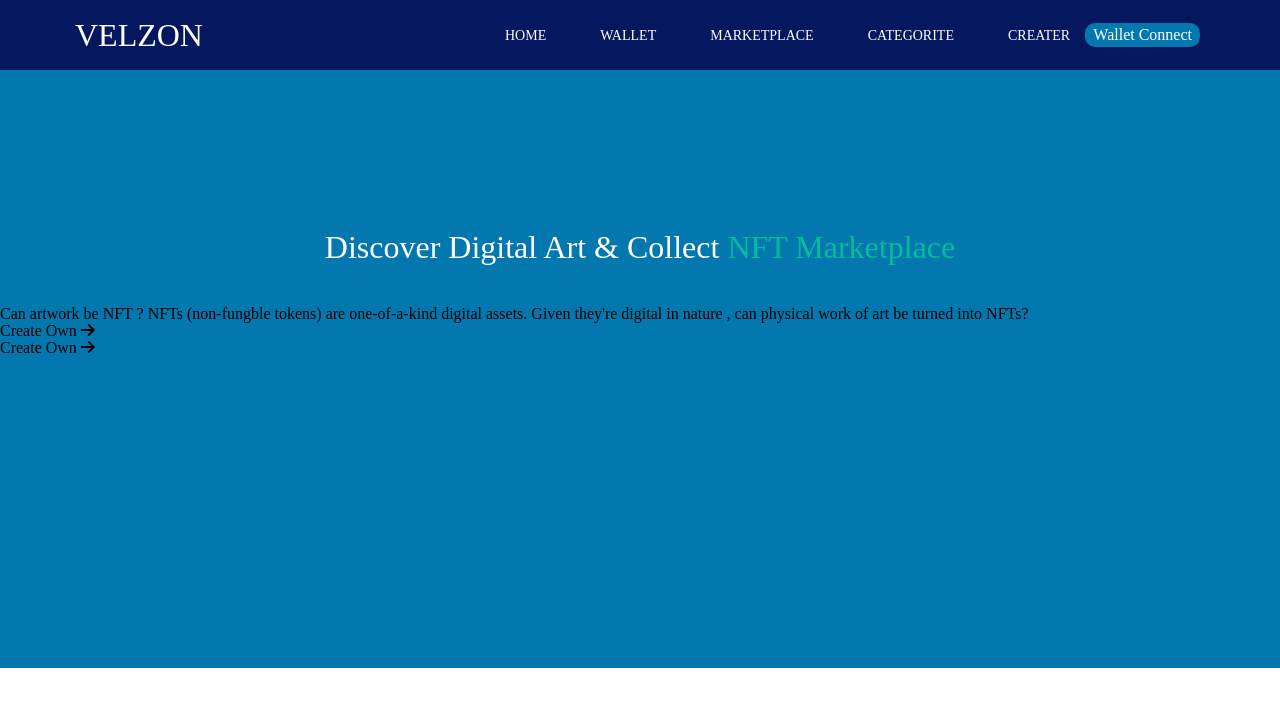
Repository: HuynhDuc23/Webvideodesgin
Page: index.html
The author's editor kept a copy of each file at every save. The page is drawn from the files as they stood at one save, then again after the next save.
The browser window is 1280 px wide. The pictures show the whole page.
The style sheet was rebuilt from its Sass, Less or Tailwind sources for each picture, by a compiler version that may differ from the author's.

Above is the page before, as saved 2023-04-25 12:07:02.

### index.html
<!DOCTYPE html>
<html lang="en">
<head>
    <meta charset="UTF-8">
    <meta http-equiv="X-UA-Compatible" content="IE=edge">
    <meta name="viewport" content="width=device-width, initial-scale=1.0">
    <link rel="stylesheet" href="https://cdnjs.cloudflare.com/ajax/libs/font-awesome/6.4.0/css/all.min.css" integrity="sha512-iecdLmaskl7CVkqkXNQ/ZH/XLlvWZOJyj7Yy7tcenmpD1ypASozpmT/E0iPtmFIB46ZmdtAc9eNBvH0H/ZpiBw==" crossorigin="anonymous" referrerpolicy="no-referrer" />
    <link rel="stylesheet" href="./reset.css">
    <link rel="stylesheet" href="style.css">
    <title>LoadingPage</title>
</head>
<body>
    <div class="loadingpage">
     <div class="loadingpage__heading">
        <div class="loadingpage__header">
            <div class="loadingpage__left"><h4 class="loadingpage__content">VELZON</h4></div>
            <div class="loaddingpage__right">
                <ul class="loadingpage__list">
                    <li class="loadingpage__items"><h5 class="loadingpage__padding">Home</h5></li>
                    <li class="loadingpage__items"><h5 class="loadingpage__padding">Wallet</h5></li>
                    <li class="loadingpage__items"><h5 class="loadingpage__padding">MarketPlace</h5></li>
                    <li class="loadingpage__items"><h5 class="loadingpage__padding">categorite</h5></li>
                    <li class="loadingpage__items"><h5 class="loadingpage__padding">Creater</h5></li>
                </ul>
            </div>
        </div>
        <div class="loadingpage__mid">
            <div class="loadingpage__mid__content1">
                <h1 class="loadingpage__mid__content">Discover Digital Art
                     & Collect <span>NFT Marketplace</span></h1>
            </div>
            <div class="loadingpage__mid__content2">
                <p class="loadding__mid__content2__para">
                    Can artwork be NFT ? NFTs (non-fungble tokens) are one-of-a-kind digital assets. Given they're  digital in nature , can physical work of art be turned into NFTs?
                </p>
                <div class="button__mid">
                    <div class="button">
                        <div class="button__1">Create Own
                         <i class="fa-solid fa-arrow-right"></i>
                        </div>
                     </div>
                     <div class="button">
                         <div class="button__1">Create Own
                          <i class="fa-solid fa-arrow-right"></i>
                         </div>
                      </div>
                </div>
            </div>
        </div>
     </div>
    </div>
</body>
</html>

### style.scss
html {
    box-sizing: border-box;
}
*{
    font-size: 16.5rem;
    font-family: 'Segoe UI', Tahoma, Geneva, Verdana, sans-serif;
}
.loadingpage {
    &__heading {
        width: 100%;
        height: 668px;
      //  background-color: #0278ae;
        background-color:rgb(2,120,174);
    }
    &__header {
        width: 100%;
        height: 70px;
        background-color: #05175f;
        display: flex ;
        justify-content: flex-start;
        align-items: center;
        position: relative;
    }
    &__left {
        padding:  27px 75px;
        cursor: pointer;
    }
    &__content {
        color: white;
        font-weight: 500;
        font-size: 14px;
        line-height: 21px;
        text-transform: uppercase;
        font-size: xx-large;
    }
    &__right {
        margin-left: 200px;
    }
    &__list {
        display: flex;
        align-items: center;
        padding-left: 200px;

        &:before {
            content: "Wallet Connect";
            padding: 4px 8px ;
            top: 50%;
            right: 80px;
            position: absolute;
            color: white;
            transform: translateY(-50%);
            background-color: rgb(2,120,174);
            cursor: pointer;
            border-radius: 10px ;
        }

    }
    &__items {
        padding: 27px;
        &:hover {
            color: #00bd9d;
            cursor: pointer;
        }
    }
    &__padding {
       color: white;
       font-weight: 500;
       font-size: 14px;
       line-height: 21px;
       text-transform: uppercase;
       &:hover {
        color: #00bd9d;
        cursor: pointer;
    }
    }

    &__mid__content1 {
        padding-top: 167px;
        margin-bottom: 45px;
    }
    &__mid__content {
        position: relative;
        left: 50%;
        transform: translateX(-50%);
        color: white;
        font-size: xx-large;
        // text-align: center;
        display: inline-block;
        line-height: 21px;
        &>span {
            display: inline-block;
            color: #00bd9d;
        }
    }
}
.loadingpage__mid__content2 {
    margin: 0 auto;
}

Loaded but not shown: reset.css (common file)

After the next save:
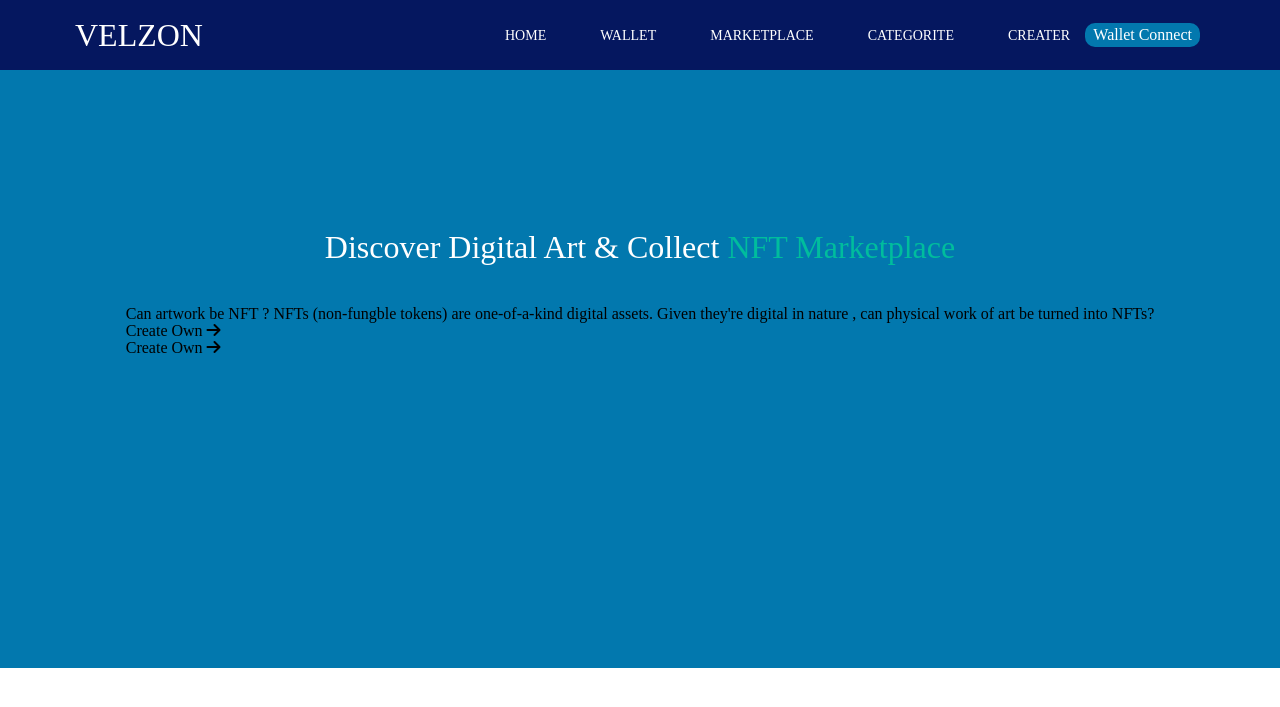
Saved 95 s later.
--- a/style.scss
+++ b/style.scss
@@ -94,5 +94,8 @@ html {
     }
 }
 .loadingpage__mid__content2 {
-    margin: 0 auto;
+     display: inline-block;
+     position: relative;
+     left: 50%;
+     transform: translateX(-50%);
 }
